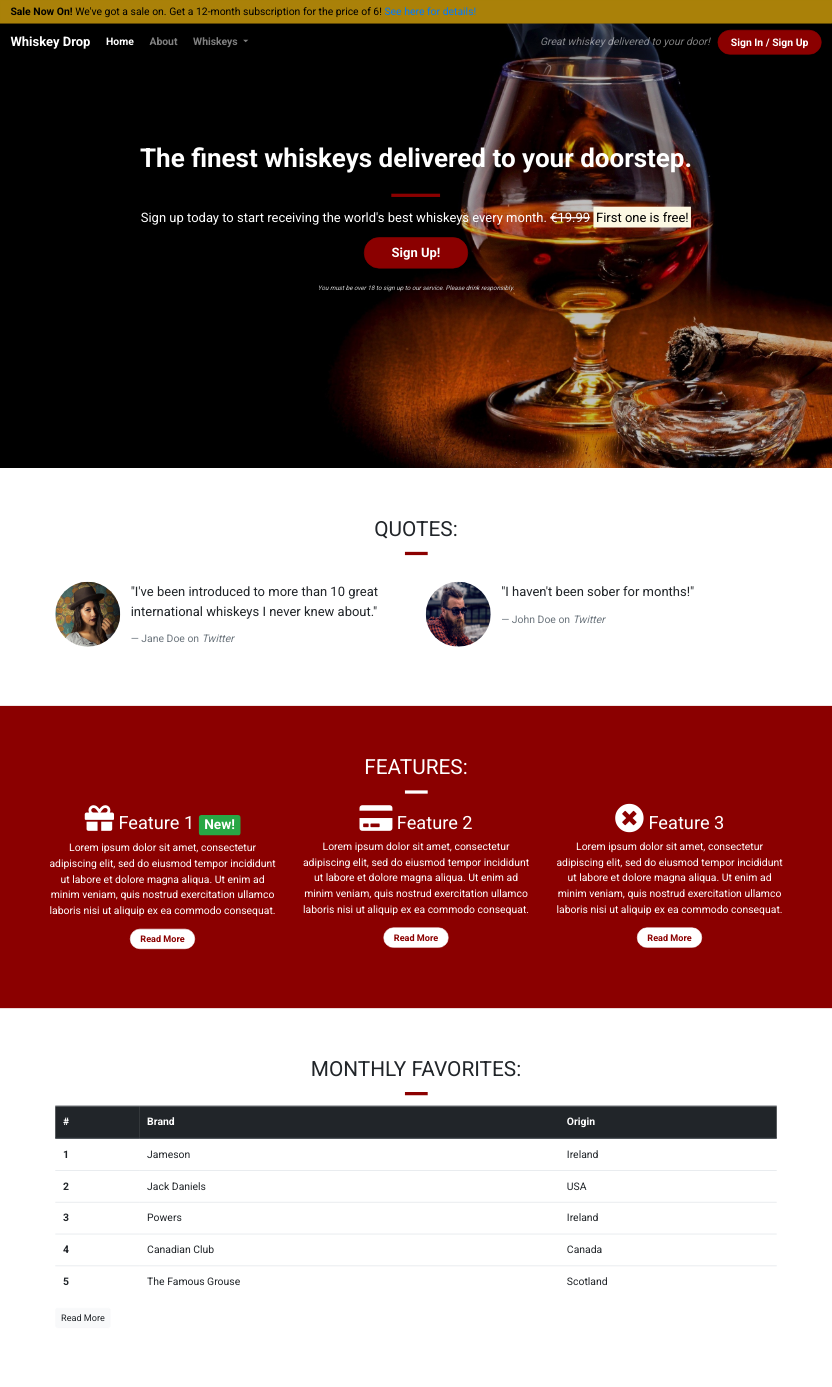
Repository: dof-bull/whiskey-drop
Page: index.html
The author's editor kept a record of every edit. The page is drawn from the files as they stood at one moment, then again after the next edit.
The browser window is 1280 px wide. The pictures show the whole page, at 65% of full size.
Backgrounds fixed to the window are drawn as part of the page. Some web libraries are served in a nearby version.

Above is the page before.

After the next edit:
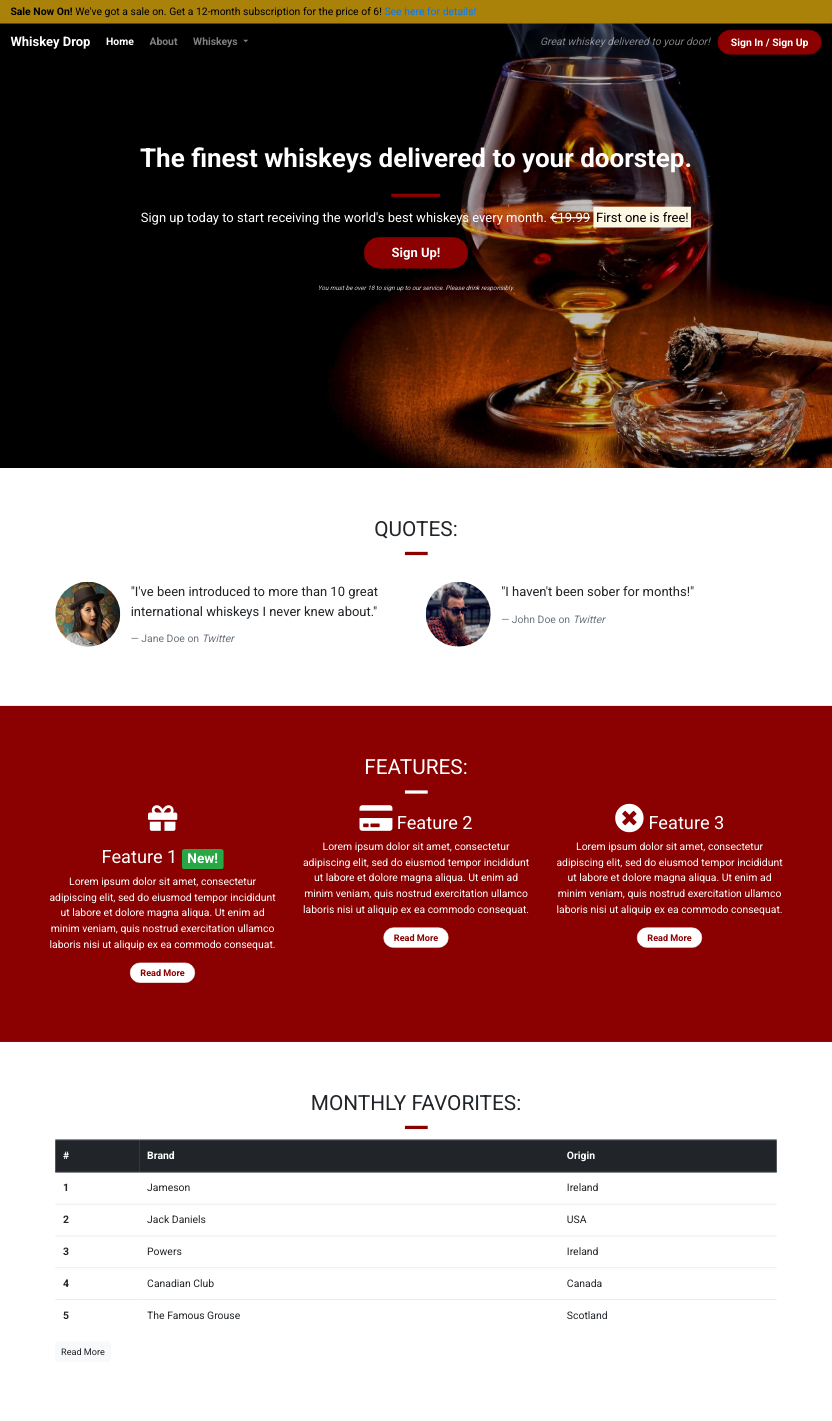
The edit:
--- a/index.html
+++ b/index.html
@@ -132,7 +132,7 @@
         <div class="row">
           <div class="col-12 col-md-6 col-lg-4">
             <div class="feature">
-              <h3><i class="fas fa-gift d-none d-sm-inline"></i> Feature 1 <span class="badge badge-success">New!</span></h3>
+              <h3><i class="fas fa-gift d-none d-sm-block"></i> Feature 1 <span class="badge badge-success">New!</span></h3>
               <p>Lorem ipsum dolor sit amet, consectetur adipiscing elit, sed do eiusmod tempor incididunt ut labore et dolore magna aliqua. Ut enim ad minim veniam, quis nostrud exercitation ullamco laboris nisi ut aliquip ex ea commodo consequat.</p>
               <p><a class="btn btn-sm btn-light" href="">Read More</a></p>
             </div>
